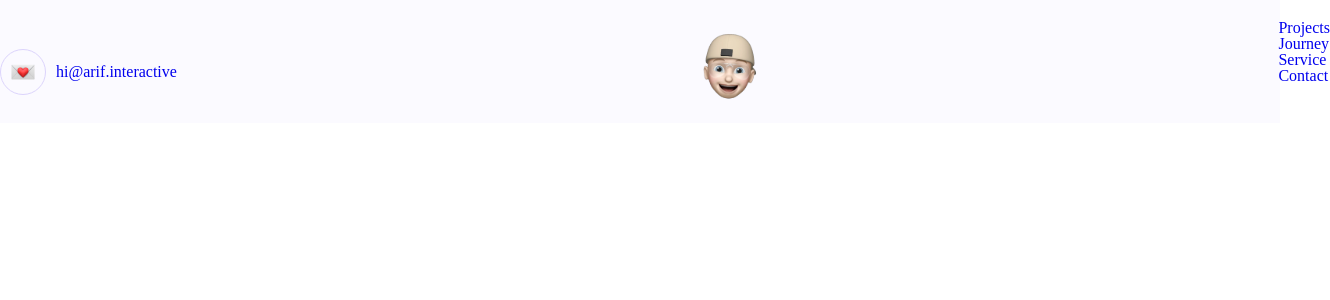
Repository: trantangtuan/project-06-grid-system12column-demo
Page: index.html
These files come from the project's save history. The page is drawn as it stood at one moment and after the next save; the edit follows.
The browser window is 1280 px wide. The page is 1330 px wide, so the pictures cover 1330 px, including what lies to the right of the window. The pictures show the whole page.

Above is the page before, as saved 2024-07-11 21:40:40.

After the next save:
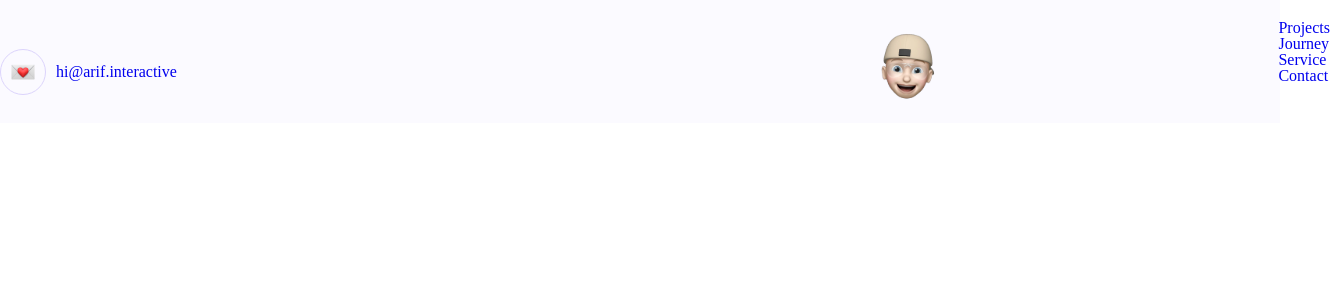
Saved 26 s later.
--- a/assets/css/style.css
+++ b/assets/css/style.css
@@ -50,3 +50,7 @@ a {
   align-items: center;
   justify-content: center;
 }
+
+.logo {
+  margin-left: 357px;
+}
